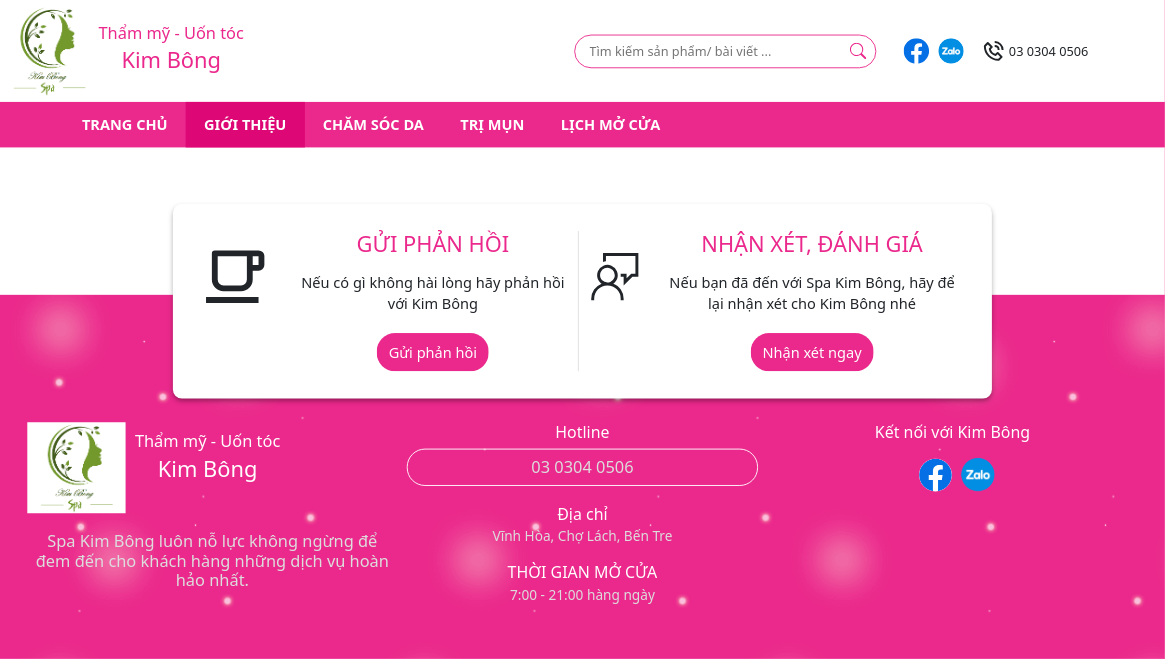
Repository: tranduykhuong/SpaKimBong
Page: /about
An editor plug-in stored every save of this project. The page is shown before and after the next save, followed by the edit.
The browser window is 1280 px wide. The pictures show the whole page, at 91% of full size.
The project was rebuilt for these pictures with package versions that can differ from the ones it lists, and the page was loaded fresh each time. Also part of the build but not shown: src/components/Header/Slider/slider.scss, src/components/Header/Slider/Slider.js, src/components/Header/ListImage/listImage.scss, src/components/Header/ListImage/ListImage.js, src/pages/Home/home.scss, src/pages/Home/ListImage/listImage.scss, src/pages/Home/ListImage/ListImage.js, src/pages/Home/BookOnline/bookOnl.scss and 7 more.

Above is the page before, as saved 2022-05-31 23:57:21.

### src/App.js
import "./App.css";
import Header from "./components/Header/Header";
import Home from "./pages/Home/Home";
import "bootstrap/dist/css/bootstrap.min.css";
import { Route, Routes } from "react-router-dom";
import About from "./pages/About/About";

function App() {
  return (
    <div className="App">
      <Header />
      <Routes>
        <Route path="/" element={<Home />} />
        <Route path="/about" element={<About />} />
      </Routes>
    </div>
  );
}

export default App;

### src/components/Header/Header.js
import React, { useEffect, useState } from "react";
import "./header.scss";
import { BsSearch, BsFacebook } from "react-icons/bs";
import { BiPhoneCall } from "react-icons/bi";
import Slider from "./Slider/Slider";
import ListImage from "./ListImage/ListImage";
import { Link, useLocation } from "react-router-dom";

function Header() {
  const path = useLocation().pathname;
  const [fixedNavbar, setFixedNavbar] = useState(false);

  useEffect(() => {
    // set fixed navbar
    const handleScroll = () => {
      if (window.scrollY < 1) {
        setFixedNavbar(true);
      }

      if (window.scrollY > 170) setFixedNavbar(true);
      else setFixedNavbar(false);
    };

    window.addEventListener("scroll", handleScroll);

    // cleanup function
    return () => {
      window.removeEventListener("scroll", handleScroll);
    };
  }, []);

  return (
    <div className="header">
      <div className={"infor " + (fixedNavbar ? "mg-navbar" : "")}>
        <div className="logo">
          <img src="../../img/logoSpa.png" alt="" />
          <div className="nameSpa">
            <h4>Thẩm mỹ - Uốn tóc</h4>
            <h2>Kim Bông</h2>
          </div>
        </div>

        <div className="search">
          <input type="text" placeholder="Tìm kiếm sản phẩm/ bài viết ..." />
          <a className="icon">
            <BsSearch className="iconSearch" />
          </a>
        </div>

        <div className="contact">
          <a href="/" className="icon">
            <BsFacebook className="iconFacebook" />
          </a>
          <a href="/" className="icon">
            <img src="../../img/Zalo.png" alt="" className="iconZalo" />
          </a>

          <div className="phone">
            <BiPhoneCall className="iconPhone" />
            <h3>03 0304 0506</h3>
          </div>
        </div>
      </div>
      <div className={"myNavbar " + (fixedNavbar ? "fixedNavbar" : "")}>
        <div className="navbarContent">
          <ul className="navbarList">
            <li className={path === "/" ? "active" : ""}>
              <Link to="/">TRANG CHỦ</Link>
            </li>
            <li className={path === "/about" ? "active" : ""}>
              <Link to="/about">GIỚI THIỆU</Link>
            </li>
            <li className={path === "/skin" ? "active" : ""}>
              <Link to="/">CHĂM SÓC DA</Link>
            </li>
            <li className={path === "/acne" ? "active" : ""}>
              <Link to="/">TRỊ MỤN</Link>
            </li>
            <li className={path === "/open-time" ? "active" : ""}>
              <Link to="/">LỊCH MỞ CỬA</Link>
            </li>
          </ul>
        </div>
      </div>
      {/* <Slider /> */}
      {/* <ListImage /> */}
    </div>
  );
}

export default Header;

### src/pages/About/About.js
import "./About.scss"
import React from "react";
import Footer from './../../components/Footer/Footer';

const About = () => {
  return (
    <div>
      <div className="container-image">
        <img width="100%" height></img>
      </div>
      <Footer/>
    </div>
  );
};

export default About;

### src/components/Header/header.scss
$height-navbar: 5rem;

.header {
    .mg-navbar {
        margin-bottom: $height-navbar;
    }

    .infor {
        max-width: 1200px;
        padding: .6rem 0;
        display: flex;
        justify-content: space-between;

        .logo {
            display: flex;
            flex: 1;

            img {
                height: 10rem;
            }

            .nameSpa {
                color: #eb288c;
                margin: auto 0;

                h4 {
                    font-size: 1.8rem;
                    font-weight: 500;
                }

                h2 {
                    font-size: 2.4rem;
                }
            }
        }


        .search {
            margin: auto 0;
            border-radius: 50px;
            border: solid .1rem #eb288c;
            height: 37px;
            display: flex;

            input {
                font-size: 1.4rem;
                margin: auto 16px;
                min-width: 26rem;
                border: none;
                outline: none;
            }

            .icon {
                margin: auto 10px;
                cursor: pointer;
            }

            .iconSearch {
                width: 1.8rem;
                height: 1.8rem;
                color: #eb288c;

                &:hover {
                    color: #f867b2;
                }
            }
        }

        .contact {
            display: flex;
            margin-left: 20px;

            .icon {
                margin: auto 0;
                margin-left: 10px;

            }

            .iconFacebook {
                width: 2.8rem;
                height: 2.8rem;
                color: rgba($color: #0570e6, $alpha: 1.0);
            }

            .iconZalo {
                width: 2.8rem;
                height: 2.8rem;
                border-radius: 50%;
            }

            .phone {
                margin: auto 0;
                margin-left: 20px;
                display: flex;

                .iconPhone {
                    width: 2.6rem;
                    height: 2.6rem;
                }

                h3 {
                    font-size: 1.4rem;
                    font-weight: 500;
                    margin: auto 4px;
                }
            }

        }
    }

    .fixedNavbar {
        position: fixed;
        top: 0;
        left: 0;
        z-index: 50;
        width: 100%;
        animation: fixedNavbar 1s forwards;
    }

    @keyframes fixedNavbar {
        from {
            top: -5rem;
            opacity: 0;
        }

        to {
            top: 0;
            opacity: 1;
        }
    }

    .myNavbar {
        height: $height-navbar;
        background-color: #eb288c;

        .navbarContent {
            max-width: 1200px;
            margin: 0 auto;

            .navbarList {
                display: flex;
                margin: 0 1rem;
                // justify-content: space-evenly;

                li {
                    list-style: none;

                    a {
                        line-height: $height-navbar;
                        height: $height-navbar;
                        display: block;
                        color: #fff;
                        font-size: 1.6rem;
                        font-weight: 600;
                        text-decoration: none;
                        padding: 0 2rem;
                    }

                    &:hover {
                        background-color: #f844a1;
                        cursor: pointer;
                    }
                }

                .active {
                    background-color: #dd0876;
                }
            }
        }
    }
}

### src/components/Footer/Footer.js
import React, { useEffect } from "react";
import "./footer.scss";
import { BsFacebook } from "react-icons/bs";
import { RiCupLine } from "react-icons/ri";
import { VscFeedback } from "react-icons/vsc";

const Footer = () => {
  return (
    <div className="footer">
      <div className="logo">
        <div className="info">
          <img src="../../img/logoSpa.png" alt="" />
          <div className="nameSpa">
            <h4>Thẩm mỹ - Uốn tóc</h4>
            <h2>Kim Bông</h2>
          </div>
        </div>

        <h5>
          Spa Kim Bông luôn nỗ lực không ngừng để đem đến cho khách hàng những
          dịch vụ hoàn hảo nhất.
        </h5>
      </div>

      <div className="address">
        <h3>Hotline</h3>
        <div className="hotline">03 0304 0506</div>
        <h3>Địa chỉ</h3>
        <h4>Vĩnh Hòa, Chợ Lách, Bến Tre</h4>
        <h3>THỜI GIAN MỞ CỬA</h3>
        <h4>7:00 - 21:00 hàng ngày</h4>
      </div>
      <div className="contact">
        <h3>Kết nối với Kim Bông</h3>
        <a href="/" className="icon">
          <BsFacebook className="iconFacebook" />
        </a>
        <a href="/" className="icon">
          <img src="../../img/Zalo.png" alt="" className="iconZalo" />
        </a>
      </div>

      <div className="subFooter">
        <div className="report">
          <RiCupLine className="icon" />
          <div>
            <h3>Gửi phản hồi</h3>
            <p>Nếu có gì không hài lòng hãy phản hồi với Kim Bông</p>
            <div className="btn">Gửi phản hồi</div>
          </div>
        </div>
        <div className="feedback">
          <VscFeedback className="icon" />
          <div>
            <h3>Nhận xét, Đánh giá</h3>
            <p>
              Nếu bạn đã đến với Spa Kim Bông, hãy để lại nhận xét cho Kim Bông
              nhé
            </p>
            <div className="btn">Nhận xét ngay</div>
          </div>
        </div>
      </div>
    </div>
  );
};

export default Footer;

### src/components/Footer/footer.scss
$title-color: #fff;

.footer {
    background-image: url(../../../public/img/sparkle1.png), url(../../../public/img/sparkle2.png);
    width: 100%;
    height: 400px;
    background-color: #eb288c;
    animation: sparkle 60s linear infinite;
    padding: 14rem 3rem 0;
    display: flex;
    justify-content: space-around;
    position: relative;
    margin-top: 16rem;

    .logo {
        flex: 1;

        .info {
            display: flex;

            img {
                height: 10rem;
            }

            .nameSpa {
                color: $title-color;
                margin: 1rem;

                h4 {
                    font-size: 1.8rem;
                    font-weight: 500;
                }

                h2 {
                    font-size: 2.4rem;
                }
            }
        }

        h5 {
            margin: 2rem .6rem;
            font-size: 1.8rem;
            font-weight: 400;
            color: #ddd;
        }
    }

    .contact {
        flex: 1;

        h3 {
            margin-bottom: 1.8rem;
            color: $title-color;
        }

        .icon {
            margin: auto 0;
            margin-left: 10px;

        }

        .iconFacebook {
            width: 3.6rem;
            height: 3.6rem;
            color: rgba($color: #0570e6, $alpha: 1.0);
            background-color: $title-color;
            border-radius: 50%;
        }

        .iconZalo {
            width: 3.7rem;
            height: 3.7rem;
            border-radius: 50%;
        }
    }

    .address {
        color: #ddd;
        flex: 1;

        h3 {
            // margin-bottom: 2rem;
            color: $title-color;
        }

        h4 {
            margin-bottom: 2rem;
        }

        .hotline {
            padding: .6rem;
            font-size: 1.8rem;
            margin: .8rem 1rem 2rem;
            border: 1px solid $title-color;
            border-radius: 2rem;

            &:hover {
                color: $title-color;
                cursor: pointer;
            }
        }
    }

    @keyframes sparkle {
        0% {
            background-position: 0px 0px, 0px 0px, 0px 0px;
        }

        100% {
            background-position: -500px -1000px, -400px -400px, 300px 300px;
        }
    }

    .subFooter {
        width: 100%;
        max-width: 90rem;
        min-height: 20rem;
        box-shadow: 0 3px 6px -4px rgba(0, 0, 0, 0.2), 0 3px 6px rgba(0, 0, 0, 0.3);

        background-color: #fff;
        border-radius: 1rem;
        z-index: 50;
        top: -10rem;
        left: 50%;
        transform: translateX(-50%);
        position: absolute;
        display: flex;
        padding: 3rem;
        justify-content: space-around;

        .report,
        .feedback {
            display: flex;
            flex: 1;
            justify-content: center;

            h3 {
                text-transform: uppercase;
                font-size: 2.4rem;
                color: #eb288c;
            }

            p {
                font-size: 1.6rem;
                padding: 1rem;
            }

            .icon {
                height: 10rem;
                width: 10rem;
                margin-right: 2rem;
            }

            .btn {
                padding: 0.8rem 1.2rem;
                background-color: #eb288c;
                border-radius: 2rem;
                font-size: 1.6rem;
                color: #fff;

                &:hover {
                    background-color: #cc1574;
                }
            }
        }

        .report {
            border-right: 1px solid #ddd;
        }

        .feedback {
            margin-left: 1rem;
        }
    }
}

Loaded but not shown: public/index.html (common file); src/index.js (common file); src/index.css (common file); src/reportWebVitals.js (common file); src/App.css (common file)

After the next save:
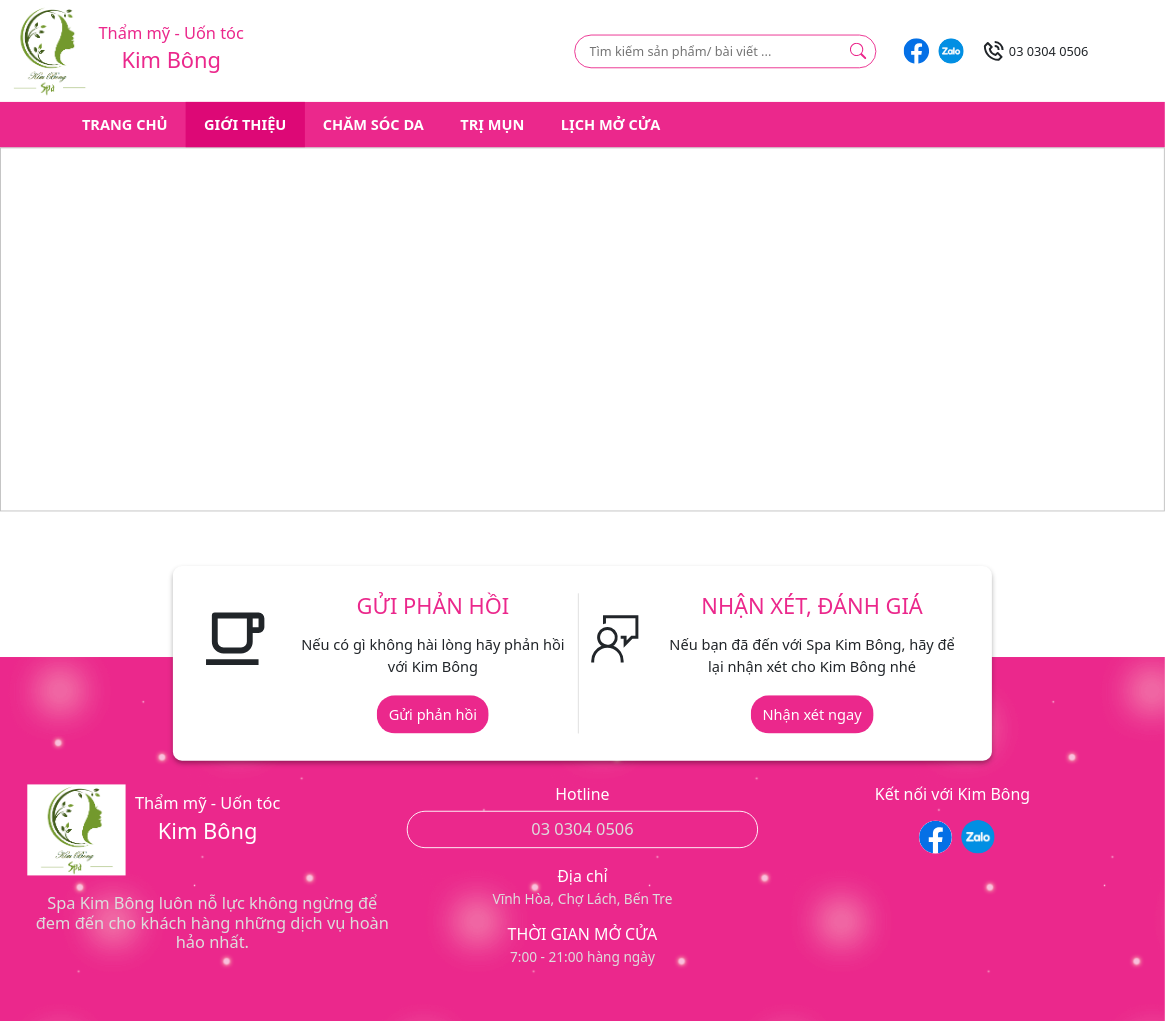
Saved 11 s later.
--- a/src/pages/About/About.js
+++ b/src/pages/About/About.js
@@ -6,7 +6,7 @@ const About = () => {
   return (
     <div>
       <div className="container-image">
-        <img width="100%" height></img>
+        <img width="100%" height="400px"></img>
       </div>
       <Footer/>
     </div>
